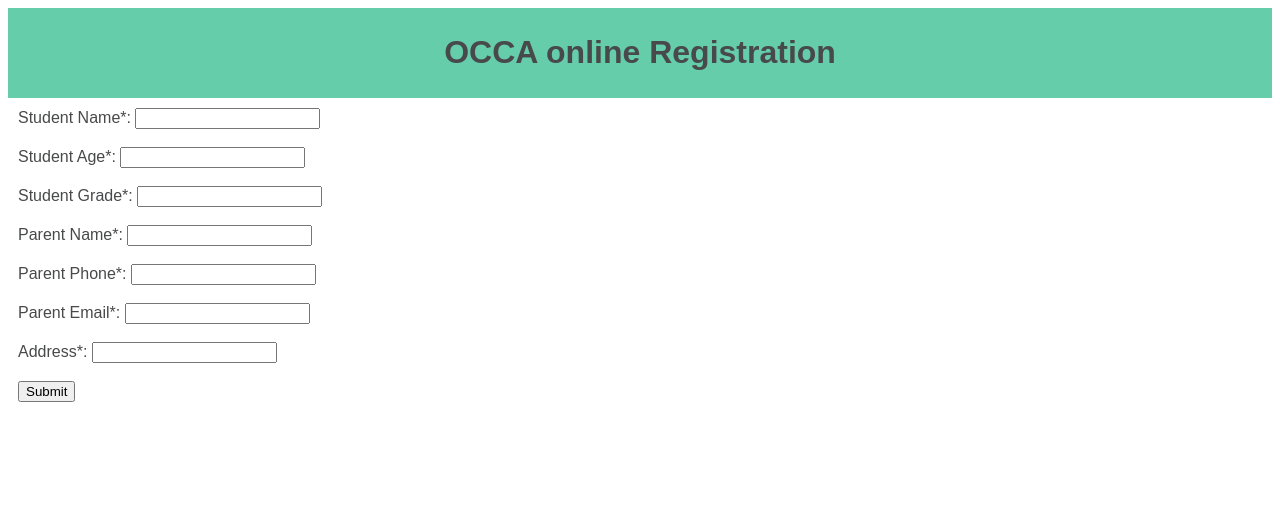
Repository: dreamxia329/TechExercise4830
Page: T3-0325-xia/T3-webProject-Xia/WebContent/register.html
The author's editor kept a copy of each file at every save. The page is drawn from the files as they stood at one save, then again after the next save.
The browser window is 1280 px wide. The pictures show the whole page.

Above is the page before, as saved 2022-03-31 17:24:56.

After the next save:
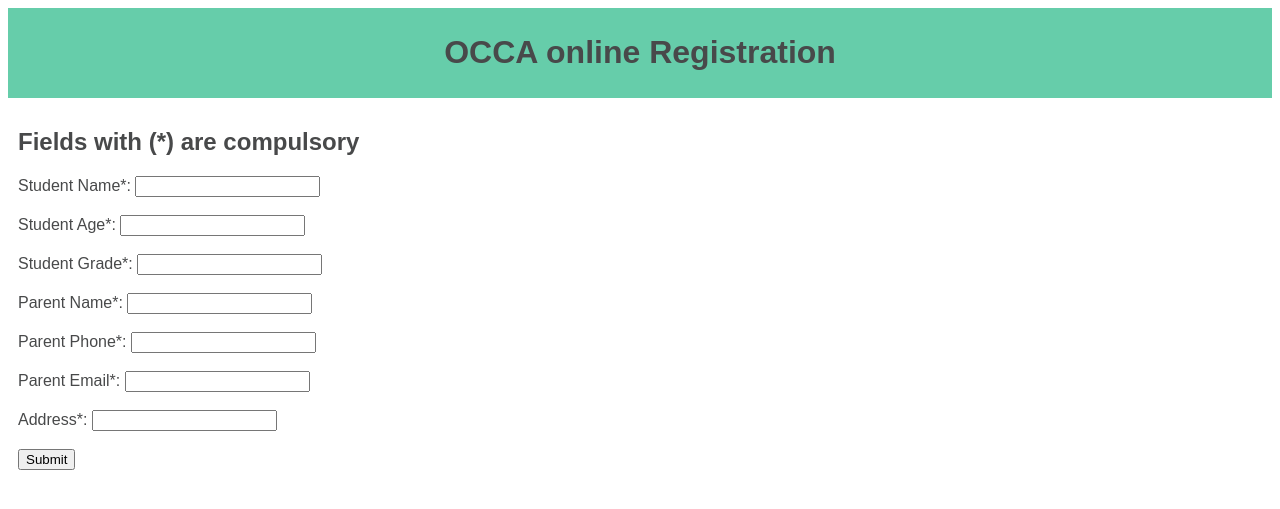
Saved 4 min 27 s later.
--- a/T3-0325-xia/T3-webProject-Xia/WebContent/register.html
+++ b/T3-0325-xia/T3-webProject-Xia/WebContent/register.html
@@ -32,6 +32,8 @@ section {
 
 	<section>
 
+	<h2>Fields with (*) are compulsory</h2>
+
 		<form action="RegisterServlet" method="POST">
 
 			Student Name*: <input type="text" name="studentName"> <br /><br />
@@ -41,6 +43,8 @@ section {
 			Parent Phone*: <input type="text" name="parentPhone"> <br /><br />
 			Parent Email*: <input type="text" name="parentEmail"> <br /><br />
 			Address*: <input type="text" name="address"> <br /><br />
+
+
 			 <input type="submit" value="Submit" />
 		</form>
 
